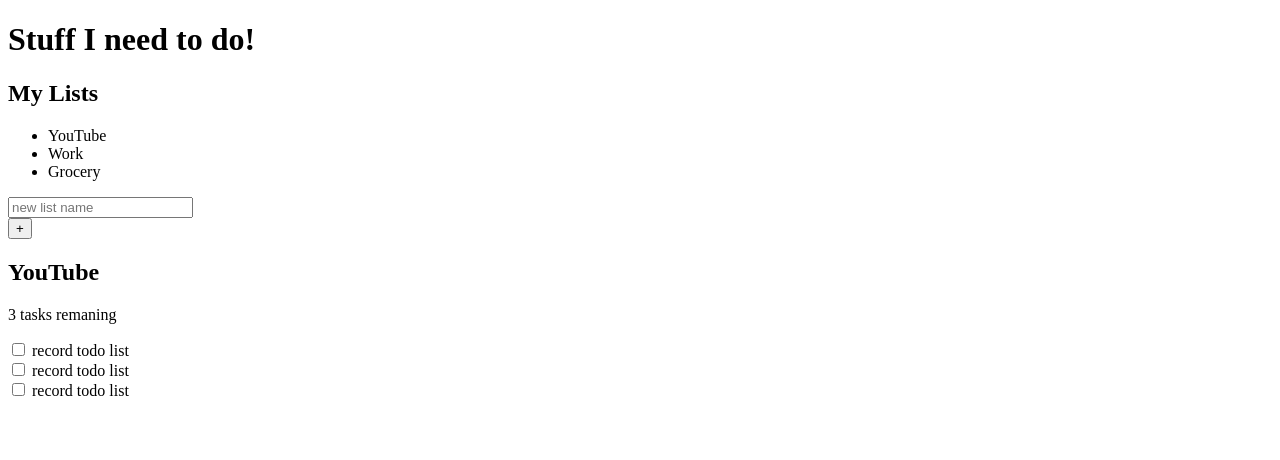
Repository: PratypartyY2K/JavaScript-Projects
Page: Better-ToDo-App/index.html
The author's editor kept a copy of each file at every save. The page is drawn from the files as they stood at one save, then again after the next save.
The browser window is 1280 px wide. The pictures show the whole page.

Above is the page before, as saved 2021-07-05 23:56:55.

### Better-ToDo-App/index.html
<!DOCTYPE html>
<html lang="en">
  <head>
    <meta charset="UTF-8" />
    <meta http-equiv="X-UA-Compatible" content="IE=edge" />
    <meta name="viewport" content="width=device-width, initial-scale=1.0" />
    <link rel="stylesheet" href="styles.css" />
    <title>ToDo App</title>
  </head>

  <body>
    <h1 class="title">Stuff I need to do!</h1>
    <div class="all-tasks">
      <h2 class="task-list-title">My Lists</h2>
      <ul class="task-list">
        <li class="active-list">YouTube</li>
        <li>Work</li>
        <li>Grocery</li>
      </ul>

      <form action="">
        <input
          type="text"
          class="new list"
          placeholder="new list name"
          aria-label="new list name"
        />
      </form>
      <button class="btn list" aria-label="create new list">+</button>
    </div>

    <div class="todo-list">
        <div class="todo-header">
            <h2 class="list-title">YouTube</h2>
            <p class="task-count">3 tasks remaning</p>
        </div>

        <div class="todo-body">
            <div class="tasks">

                <div class="task">
                    <input type="checkbox" id="task-1">
                    <label for="task-1">
                        <span class="custom-checkbox"></span>
                        record todo list
                    </label>
                </div>
                <!-- close task-1-->

                <div class="task">
                    <input type="checkbox" id="task-2">
                    <label for="task-2">
                        <span class="custom-checkbox"></span>
                        record todo list
                    </label>
                </div>
                <!-- close task-2-->

                <div class="task">
                    <input type="checkbox" id="task-3">
                    <label for="task-3">
                        <span class="custom-checkbox"></span>
                        record todo list
                    </label>
                </div>
                <!-- close task-3-->

            </div>
            <div class="new-task-creator"></div>
            <div class="delete-stuff"></div>
        </div>
    </div>
  </body>
</html>

Loaded but not shown: Better-ToDo-App/styles.css (no stored copy; drawn as an empty file)

After the next save:
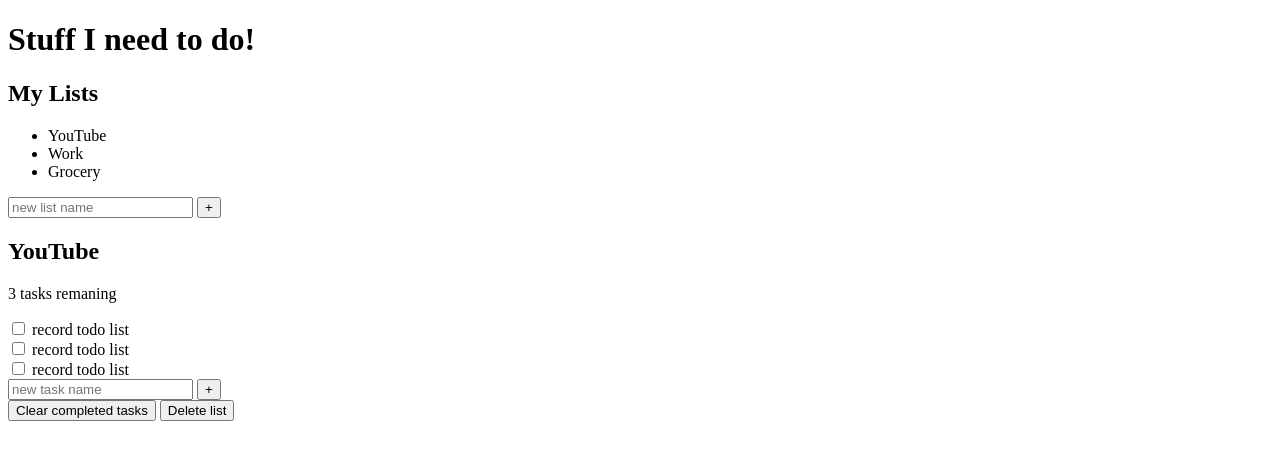
Saved 3 min 44 s later.
--- a/Better-ToDo-App/index.html
+++ b/Better-ToDo-App/index.html
@@ -25,8 +25,9 @@
           placeholder="new list name"
           aria-label="new list name"
         />
+        <button class="btn list" aria-label="create new list">+</button>
       </form>
-      <button class="btn list" aria-label="create new list">+</button>
+
     </div>
 
     <div class="todo-list">
@@ -66,8 +67,23 @@
                 <!-- close task-3-->
 
             </div>
-            <div class="new-task-creator"></div>
-            <div class="delete-stuff"></div>
+
+            <div class="new-task-creator">
+                <form action="">
+                    <input
+                      type="text"
+                      class="new task"
+                      placeholder="new task name"
+                      aria-label="new task name"
+                    />
+                    <button class="btn task" aria-label="create new task">+</button>
+                  </form>
+            </div>
+
+            <div class="delete-stuff">
+                <button class="btn delete">Clear completed tasks</button>
+                <button class="btn delete">Delete list</button>
+            </div>
         </div>
     </div>
   </body>
